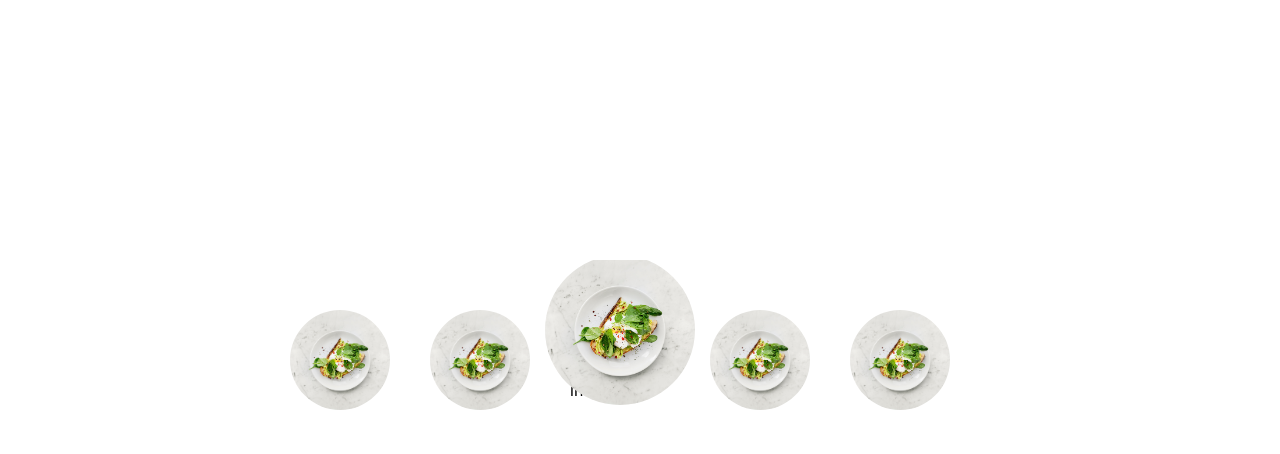
Repository: nambui98/slider
Page: /
An editor plug-in stored every save of this project. The page is shown before and after the next save, followed by the edit.
The browser window is 1280 px wide. The pictures show the whole page.
The project was rebuilt for these pictures with package versions that can differ from the ones it lists, and the page was loaded fresh each time. Also part of the build but not shown: vite.config.ts.

Above is the page before, as saved 2022-04-12 10:18:12.

### src/App.tsx
import { useState } from 'react'
import Horizolsider from './components/horizolslider/Horizolsider'
import logo from './logo.svg'
import './App.css'
import "slick-carousel/slick/slick.css";
import "slick-carousel/slick/slick-theme.css";
function App() {
  const [count, setCount] = useState(0)

  return (
    <div className="App">
      <Horizolsider />
    </div>
  )
}

export default App

### src/components/horizolslider/Horizolsider.tsx
import React, { useEffect, useRef, useState } from 'react'
import styled from 'styled-components'
import Slider from "react-slick";
import image1 from '../../assets/images/pexels-daria-shevtsova-1095550.jpg'

type Props = {}

const Wrapper = styled.div`
    width: 700px;
    /* margin: auto; */
`
const Item = styled.div`
    height: 150px;
    margin-top: 50px;
    /* display: flex !important;
    justify-content: center;
    align-items: flex-end;
    margin-bottom: 100px; */
    /* position: relative;
     */
    /* margin: 0 15px; */
    .info{
        visibility: hidden;
    }
    img{
        object-fit: cover;
        /* width: 100px;
        height: 100px; */
        width: 100px;
        height: 100px;
        border-radius: 50%;
        transition: all .3s;
    }
    &.active{
        /* width: 150px;
        height: 100px; */
        /* height: 200px; */
        margin-top: 20px;
        img{

            /* width: 100%; */
            transform: scale(1.5)
        }
        .info{
            visibility: visible;
        }
    }
`
const Horizolsider = (props: Props) => {
    const [activeIndex, setActiveIndex] = useState(0);
    const settings = {
        className: "listItem",
        dots: false,
        infinite: true,
        speed: 500,
        slidesToShow: 5,
        slidesToScroll: 1,
        centerMode: true,
        focusOnSelect: true,
        centerPadding: '0px',
        // adaptiveHeight: true,
        beforeChange: (current: any, next: any) => {
            setActiveIndex(next)

        },
    };

    return (
        <div style={{ display: "flex", height: "100vh", justifyContent: "center", alignItems: "center" }}>
            <Wrapper>
                <Slider {...settings}>
                    {
                        [...Array(10).keys()].map((i, index) =>
                            <Item className={`${index === activeIndex && "active"}`}>
                                <img src={image1} alt="" />
                                <div className="info">info {i}</div>
                            </Item>
                        )
                    }
                </Slider>
            </Wrapper>
        </div>
    )
}
export default Horizolsider

### src/App.css
*{
  padding: 0;
  margin: 0;
  box-sizing: border-box;
}
.listItem{

}

Loaded but not shown: index.html (common file); src/main.tsx (common file); src/index.css (common file)

After the next save:
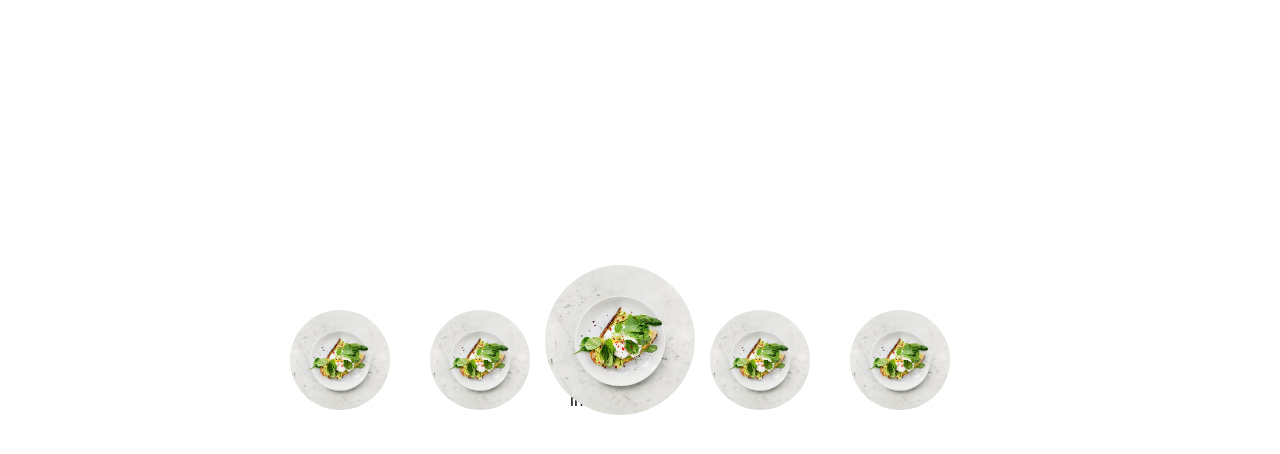
Saved 4 s later.
--- a/src/components/horizolslider/Horizolsider.tsx
+++ b/src/components/horizolslider/Horizolsider.tsx
@@ -35,7 +35,7 @@ const Item = styled.div`
         /* width: 150px;
         height: 100px; */
         /* height: 200px; */
-        margin-top: 20px;
+        margin-top: 30px;
         img{
 
             /* width: 100%; */
